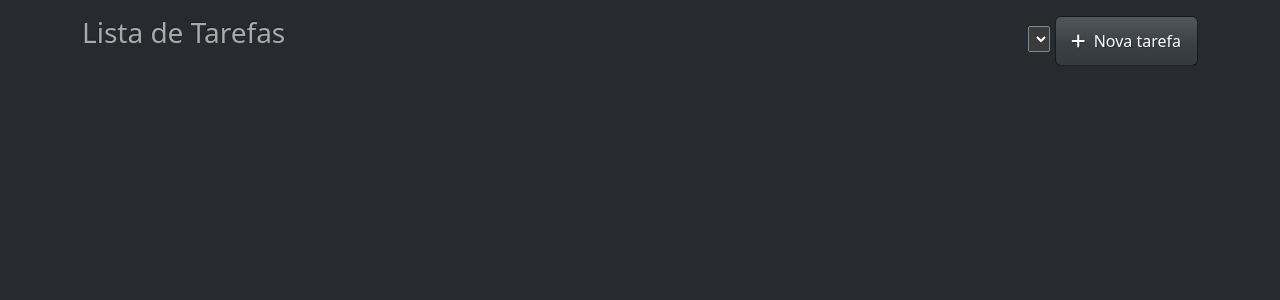
Repository: cargugati/lista_tarefas
Page: frontEnd/index.html
These files come from the project's save history. The page is drawn as it stood at one moment and after the next save; the edit follows.
The browser window is 1280 px wide. The pictures show the whole page.

Above is the page before, as saved 2023-03-16 10:07:45.

After the next save:
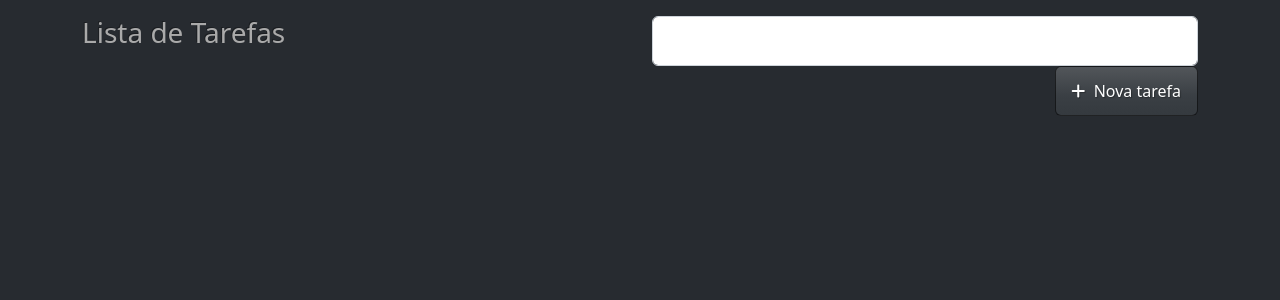
Saved 5 s later.
--- a/frontEnd/index.html
+++ b/frontEnd/index.html
@@ -18,7 +18,7 @@
         <h3>Lista de Tarefas</h3>
       </div>
       <div class="col text-end">
-      <select id="select_filter" class="for"></select>
+      <select id="select_filter" class="form-control"></select>
         <a href="new_task.html" class="btn btn-primary"><i class="fa-solid fa-plus me-2"></i>Nova tarefa</a>
       </div>
     </div>
